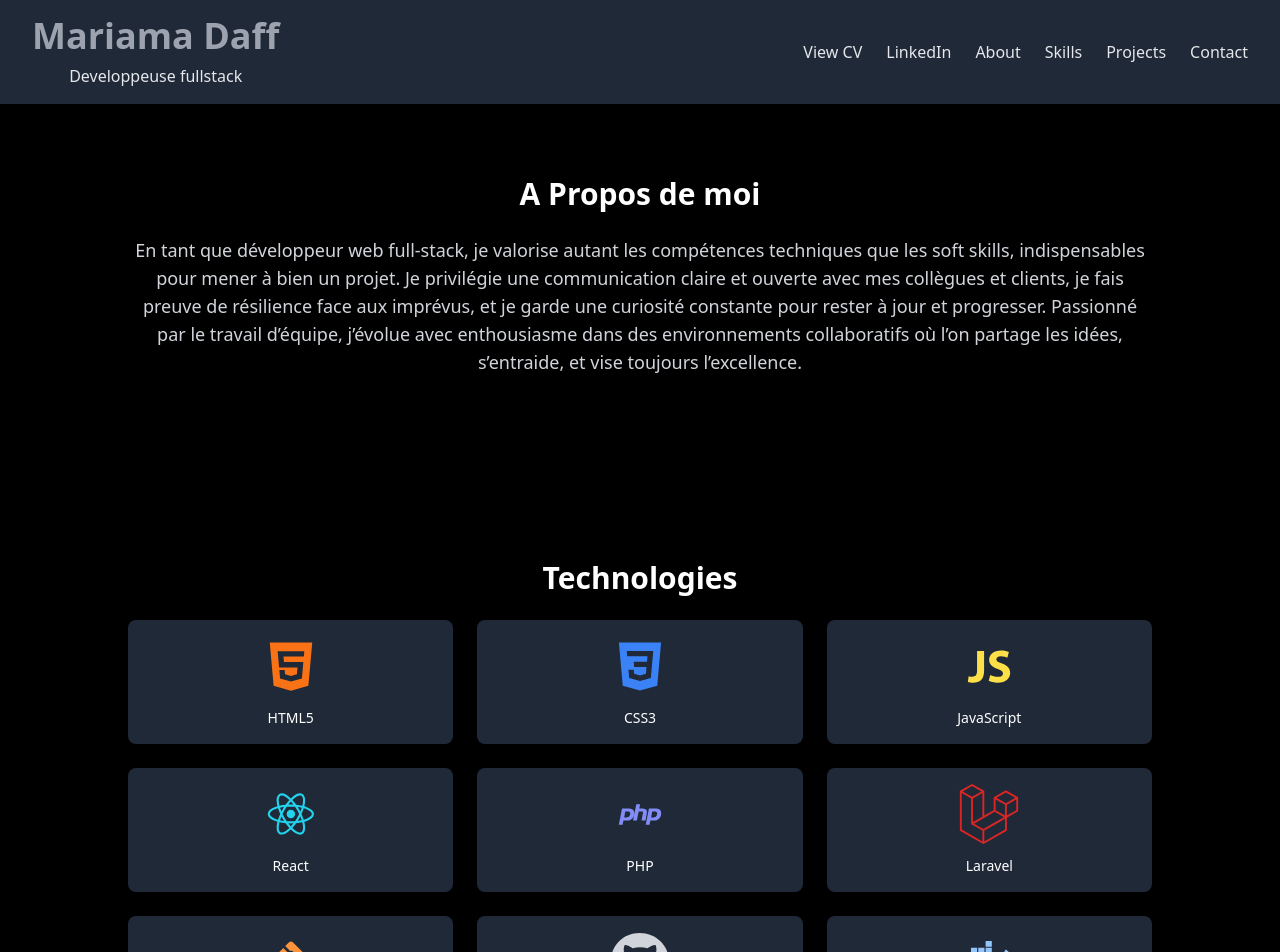
Repository: mariamdaff/Projets_Perso
Page: / (app in mon_portfolio/)
These files come from the project's save history. The page is drawn as it stood at one moment and after the next save; the edit follows.
The browser window is 1280 px wide. The pictures show the part of the page from y = 0 to 952 px (the page is 2583 px tall).
The project was rebuilt for these pictures with package versions that can differ from the ones it lists, and the page was loaded fresh each time. Also part of the build but not shown: mon_portfolio/vite.config.js.

Above is the page before, as saved 2025-04-23 14:39:45.

### mon_portfolio/index.html
<!doctype html>
<html lang="en">
  <head>
    <meta charset="UTF-8" />
    <link rel="icon" type="image/svg+xml" href="/cvFivicon.png" />
    <meta name="viewport" content="width=device-width, initial-scale=1.0" />
    <title>Mon portfolio</title>
  </head>
  <body className="bg-black text-gray-400">
    <div id="root"></div>
    <script type="module" src="/src/main.jsx"></script>
  </body>
</html>

### mon_portfolio/src/main.jsx
import './index.css';
import { StrictMode } from 'react'
import { createRoot } from 'react-dom/client'
import './index.css'
import App from './App.jsx'

createRoot(document.getElementById('root')).render(
  <StrictMode>
    <App />
  </StrictMode>,
)

### mon_portfolio/src/App.jsx
import React from 'react';
import { BrowserRouter as Router, Routes, Route } from 'react-router-dom';
// import NavbarElement from './component/navBar/NavBarComponent';
import Layout from './Layout';


const App = () => {
  return (
    <Router>

      <Routes>
        <Route path="/" element={<Layout />}>
        </Route>
      </Routes>

    </Router>
  );
};

export default App;

### mon_portfolio/src/Layout.jsx
import React from 'react';
import NavbarElement from './components/navBar/NavBarComponent';
import Projets from './components/projets/Projets';
import Contact from './components/contact/Contact';
import APropos from './components/A_Propos/APropos';
import Skills from './components/skills/Skills';
import Footer from './components/footer/Footer';
import { Element } from 'react-scroll';

const Layout = () => {
  return (
    <div className="bg-black min-h-screen text-white scroll-smooth">
      <NavbarElement />
      <main className="p-6 space-y-16">
      <Element name="A_Propos">
          <APropos />
        </Element>
        <Element name="skills">
          <Skills />
        </Element>
        <Element name="projets">
          <Projets />
        </Element>
        <Element name="contact">
          <Contact />
        </Element>

      </main>
      <Footer />
    </div>
  );
};

export default Layout;

### mon_portfolio/src/components/navBar/NavBarComponent.jsx
import React from 'react';
import LiensDeNavigation from './NavBarLiens.jsx';
import Description from './NavBarDescriptionPost.jsx';
import MonNom from './NavBarNom.jsx';

const NavbarElement = () => {
  return (
    <header className="sticky top-0 z-50 bg-gray-800 shadow-md">
      <nav className="text-gray-200 px-8 py-4 flex flex-col sm:flex-row sm:justify-between items-center">

        {/* Partie Nom + Description */}
        <div className="flex flex-col items-center text-center mb-4 sm:mb-0">
          <MonNom />
          <Description />
        </div>

        {/* Liens de navigation */}
        <LiensDeNavigation />
      </nav>
    </header>
  );
};

export default NavbarElement;

### mon_portfolio/src/components/projets/Projets.jsx
import React from 'react';

const Projets = () => {
  const projets = [
    {
      id: 1,
      titre: 'Quiz Game',
      description: 'Projet de quiz interactif avec 5 séries de 4 questions. Tu peux choisir ton thème parmi 3.',
      image: '/assets/img/quiz-game.png',
      link: 'https://github.com/tonprofil/quiz-game'
    },
    {
      id: 2,
      titre: 'Dataviz & API',
      description: 'Application météo avec animations visuelles.',
      image: '/assets/img/meteo-app.png',
      link: 'https://github.com/tonprofil/meteo-app'
    },
    {
      id: 3,
      titre: 'Littoral Propre',
      description: 'Back-Office pour une association qui collecte des déchets sur la plage.',
      image: '/assets/img/littoral.png',
      link: 'https://github.com/tonprofil/littoral-propre'
    },
    {
      id: 4,
      titre: 'PushMyCode',
      description: 'Microblogging pour les devs avec partage d’astuces.',
      image: '/assets/img/pushmycode.png',
      link: 'https://github.com/tonprofil/pushmycode'
    },
    {
      id: 5,
      titre: 'Mobile-front',
      description: 'App mobile front-end responsive.',
      image: '/assets/img/mobile-front.png',
      link: 'https://github.com/tonprofil/mobile-front'
    },
    {
      id: 6,
      titre: 'Nafa Guessa',
      description: 'Plateforme locale pour projets sociaux.',
      image: '/assets/img/nafa-guessa.png',
      link: 'https://github.com/tonprofil/nafa-guessa'
    },
  ];

  return (
    <section className="py-12 px-4 bg-black text-white m-10">
      <h2 className="text-3xl font-bold mb-8 text-center">My Projects</h2>
      <div className="grid grid-cols-1 sm:grid-cols-2 lg:grid-cols-3 gap-6 max-w-6xl mx-auto">
        {projets.map((projet) => (
          <div
            key={projet.id}
            className="bg-gray-800 rounded-lg overflow-hidden shadow-lg hover:scale-105 transition"
          >
            <img
              src={projet.image}
              alt={projet.titre}
              className="w-full h-48 object-cover"
            />
            <div className="p-4">
              <h3 className="text-xl font-semibold mb-2">{projet.titre}</h3>
              <p className="text-gray-400 mb-4">{projet.description}</p>
              <a
                href={projet.link}
                target="_blank"
                rel="noopener noreferrer"
                className="text-blue-400 hover:underline"
              >
                Voir le projet
              </a>
            </div>
          </div>
        ))}
      </div>
    </section>
  );
};

export default Projets;

### mon_portfolio/src/components/contact/Contact.jsx
import React, { useState } from 'react';

const Contact = () => {
  const [isSubmitted, setIsSubmitted] = useState(false);

  const handleSubmit = async (e) => {
    e.preventDefault();

    const form = e.target;
    const data = new FormData(form);

    const response = await fetch("https://formspree.io/f/meogqawe", {
      method: "POST",
      body: data,
      headers: {
        Accept: "application/json",
      },
    });

    if (response.ok) {
      setIsSubmitted(true);
      form.reset();
    } else {
      alert("Une erreur est survenue. Veuillez réessayer.");
    }
  };

  return (
    <section className="py-2 text-center bg-black text-white px-0">
      <h2 className="text-3xl font-semibold mb-6">Contact</h2>

      {!isSubmitted ? (
        <form onSubmit={handleSubmit} className="max-w-lg mx-auto">
          <input
            type="text"
            name="name"
            placeholder="Nom"
            required
            className="bg-gray-700 text-white px-4 py-2 rounded mb-4 w-full"
          />
          <input
            type="email"
            name="email"
            placeholder="Email"
            required
            className="bg-gray-700 text-white px-4 py-2 rounded mb-4 w-full"
          />
          <textarea
            name="message"
            placeholder="Message"
            required
            className="bg-gray-700 text-white px-4 py-2 rounded mb-4 w-full"
          />
          <button
            type="submit"
            className="bg-teal-600 hover:bg-teal-500 px-6 py-2 rounded w-full transition"
          >
            Envoyer
          </button>
        </form>
      ) : (
        <div className="max-w-lg mx-auto bg-teal-800 p-6 rounded shadow-md">
          <h3 className="text-xl font-semibold mb-2">Merci pour votre message !</h3>
          <p>Je vous répondrai bientôt.</p>
        </div>
      )}
    </section>
  );
};

export default Contact;

### mon_portfolio/src/components/A_Propos/APropos.jsx
import React from 'react';
const APropos = () =>{
    return(
        <section className="text-center py-12 max-w-5xl mx-auto">
        <h2 className="text-3xl font-semibold mb-6">A Propos de moi</h2>
       <p className="text-lg text-gray-300 mb-8">En tant que développeur web full-stack, je valorise autant les compétences techniques que les soft skills,
         indispensables pour mener à bien un projet. Je privilégie une communication claire et ouverte avec mes collègues et clients,
          je fais preuve de résilience face aux imprévus, et je garde une curiosité constante pour rester à jour et progresser.
          Passionné par le travail d’équipe, j’évolue avec enthousiasme dans des environnements collaboratifs où l’on partage les idées,
           s’entraide, et vise toujours l’excellence.</p>
      </section>
    );

};
export default APropos;

### mon_portfolio/src/components/skills/Skills.jsx
import React from 'react';
import { DiHtml5, DiCss3, DiJavascript1, DiReact, DiPhp, DiGit} from 'react-icons/di';
import { SiTailwindcss, SiVuedotjs } from 'react-icons/si';
import { FaGithub, FaDocker } from 'react-icons/fa';
import { SiLaravel } from 'react-icons/si';

const Skills = () => {
  return (
    <section className="py-10 bg-black text-white text-center ">
      <h2 className="text-3xl font-bold mb-6">Technologies</h2>
      <ul className="grid grid-cols-1 sm:grid-cols-2 lg:grid-cols-3 gap-6 max-w-5xl mx-auto text-center">
  <li className="flex flex-col items-center bg-gray-800 p-4 rounded-lg shadow-md hover:bg-gray-700 transition">
    <DiHtml5 className="text-6xl text-orange-500 mb-2" />
    <span className="text-white text-sm mt-1">HTML5</span>
  </li>
  <li className="flex flex-col items-center bg-gray-800 p-4 rounded-lg shadow-md hover:bg-gray-700 transition">
    <DiCss3 className="text-6xl text-blue-500 mb-2" />
    <span className="text-white text-sm mt-1">CSS3</span>
  </li>
  <li className="flex flex-col items-center bg-gray-800 p-4 rounded-lg shadow-md hover:bg-gray-700 transition">
    <DiJavascript1 className="text-6xl text-yellow-300 mb-2" />
    <span className="text-white text-sm mt-1">JavaScript</span>
  </li>
  <li className="flex flex-col items-center bg-gray-800 p-4 rounded-lg shadow-md hover:bg-gray-700 transition">
    <DiReact className="text-6xl text-cyan-400 mb-2" />
    <span className="text-white text-sm mt-1">React</span>
  </li>
  <li className="flex flex-col items-center bg-gray-800 p-4 rounded-lg shadow-md hover:bg-gray-700 transition">
    <DiPhp className="text-6xl text-indigo-400 mb-2" />
    <span className="text-white text-sm mt-1">PHP</span>
  </li>
  <li className="flex flex-col items-center bg-gray-800 p-4 rounded-lg shadow-md hover:bg-gray-700 transition">
    <SiLaravel className="text-6xl text-red-600 mb-2" />
    <span className="text-white text-sm mt-1">Laravel</span>
  </li>
  <li className="flex flex-col items-center bg-gray-800 p-4 rounded-lg shadow-md hover:bg-gray-700 transition">
    <DiGit className="text-6xl text-orange-400 mb-2" />
    <span className="text-white text-sm mt-1">Git</span>
  </li>
  <li className="flex flex-col items-center bg-gray-800 p-4 rounded-lg shadow-md hover:bg-gray-700 transition">
    <FaGithub className="text-6xl text-gray-300 mb-2" />
    <span className="text-white text-sm mt-1">GitHub</span>
  </li>
  <li className="flex flex-col items-center bg-gray-800 p-4 rounded-lg shadow-md hover:bg-gray-700 transition">
    <FaDocker className="text-6xl text-blue-300 mb-2" />
    <span className="text-white text-sm mt-1">Docker</span>
  </li>
</ul>


    </section>
  );
};

export default Skills;

### mon_portfolio/src/components/footer/Footer.jsx
import React from 'react';
import { FaGithub, FaLinkedin } from 'react-icons/fa';

const Footer = () => {
  return (
    <footer className="bg-black text-gray-400 text-center py-6 mt-12 border-t border-gray-700 grid grid-cols-1 sm:grid-cols-2 lg:grid-cols-3 gap-6">
      <p className="text-sm mb-2">© 2025 Mariama Daff. Tous droits réservés.</p>

      <div className="flex justify-center space-x-4 text-2xl mb-2">
        <a
          href="https://github.com/mariamdaff"
          target="_blank"
          rel="noopener noreferrer"
          className="hover:text-white transition"
        >
          <FaGithub />
        </a>
        <a
          href="https://www.linkedin.com/in/mariama-daff"
          target="_blank"
          rel="noopener noreferrer"
          className="hover:text-white transition"
        >
          <FaLinkedin />
        </a>
      </div>

      <p className="text-xs">Merci de votre visite 💻</p>
    </footer>
  );
};

export default Footer;

### mon_portfolio/src/components/navBar/NavBarLiens.jsx
import React from 'react';
import { Link } from 'react-scroll';

//  import { Link } from 'react-router-dom';



const LiensDeNavigation = () =>{
return (
    <ul className="flex flex-col sm:flex-row space-y-4 sm:space-y-0 sm:space-x-6 items-center">
      <li> <a
            href="/monCV.pdf"
            target="_blank"
            rel="noopener noreferrer"
            className="btn-nav hover:text-gray-400 transition"
            >
             View CV
        </a></li>

      <li><a href="https://www.linkedin.com/in/mariama-daff"
            target="_blank"
            rel="noopener noreferrer"
            className="nav-btn  hover:text-gray-400 transition"
            >
            LinkedIn
        </a></li>

        <Link
  to="A_Propos"
  smooth={true}
  duration={500}
  offset={-70}
  className="cursor-pointer hover:text-gray-400 transition"
>
  About
</Link>

<Link
  to="skills"
  smooth={true}
  duration={500}
  offset={-70}
  className="cursor-pointer hover:text-gray-400 transition"
>
  Skills
</Link>

        <Link
  to="projets"
  smooth={true}
  duration={500}
  offset={-70} // décale pour prendre en compte ta navbar
  className="cursor-pointer hover:text-gray-400 transition"
>
  Projects
</Link>

<Link
  to="contact"
  smooth={true}
  duration={500}
  offset={-70}
  className="cursor-pointer hover:text-gray-400 transition"
>
  Contact
</Link>



    </ul>
  );
};

export default LiensDeNavigation;

### mon_portfolio/src/components/navBar/NavBarDescriptionPost.jsx
import React from 'react';

const Description = () =>{
return (
   <p className="text-md mt-2">Developpeuse fullstack</p>
  );
};

export default Description;

### mon_portfolio/src/components/navBar/NavBarNom.jsx
import React from 'react';

const MonNom = () =>{
return (
   <h1 className="text-4xl font-bold text-gray-400">Mariama Daff</h1>
  );
};

export default MonNom;

Loaded but not shown: mon_portfolio/src/index.css (common file); mon_portfolio/tailwind.config.js (common file)

After the next save:
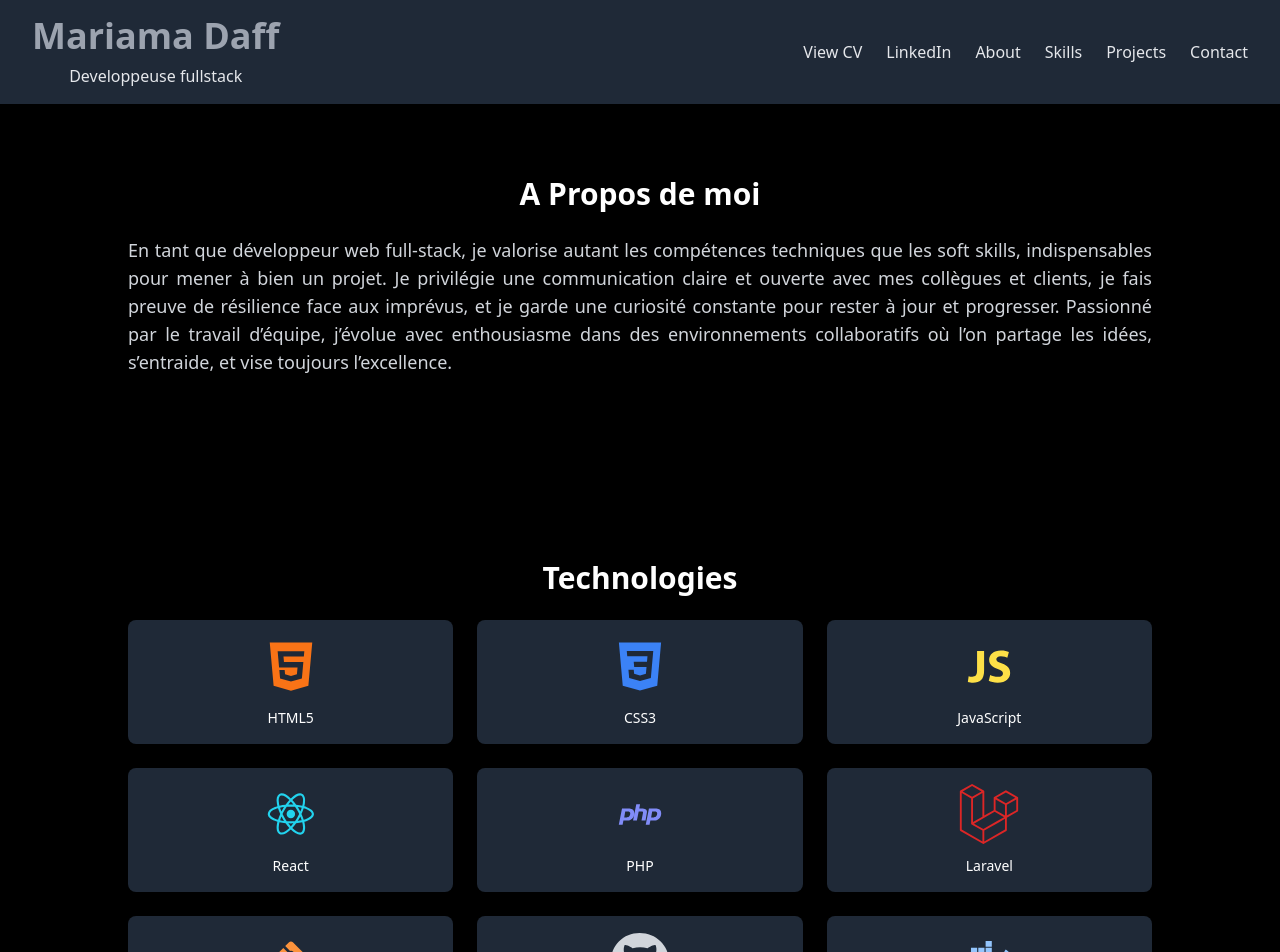
Saved 14 s later.
--- a/mon_portfolio/src/components/A_Propos/APropos.jsx
+++ b/mon_portfolio/src/components/A_Propos/APropos.jsx
@@ -3,7 +3,7 @@
     return(
         <section className="text-center py-12 max-w-5xl mx-auto">
         <h2 className="text-3xl font-semibold mb-6">A Propos de moi</h2>
-       <p className="text-lg text-gray-300 mb-8">En tant que développeur web full-stack, je valorise autant les compétences techniques que les soft skills,
+       <p className="text-lg text-gray-300 mb-8 text-justify">En tant que développeur web full-stack, je valorise autant les compétences techniques que les soft skills,
          indispensables pour mener à bien un projet. Je privilégie une communication claire et ouverte avec mes collègues et clients,
           je fais preuve de résilience face aux imprévus, et je garde une curiosité constante pour rester à jour et progresser.
           Passionné par le travail d’équipe, j’évolue avec enthousiasme dans des environnements collaboratifs où l’on partage les idées,
